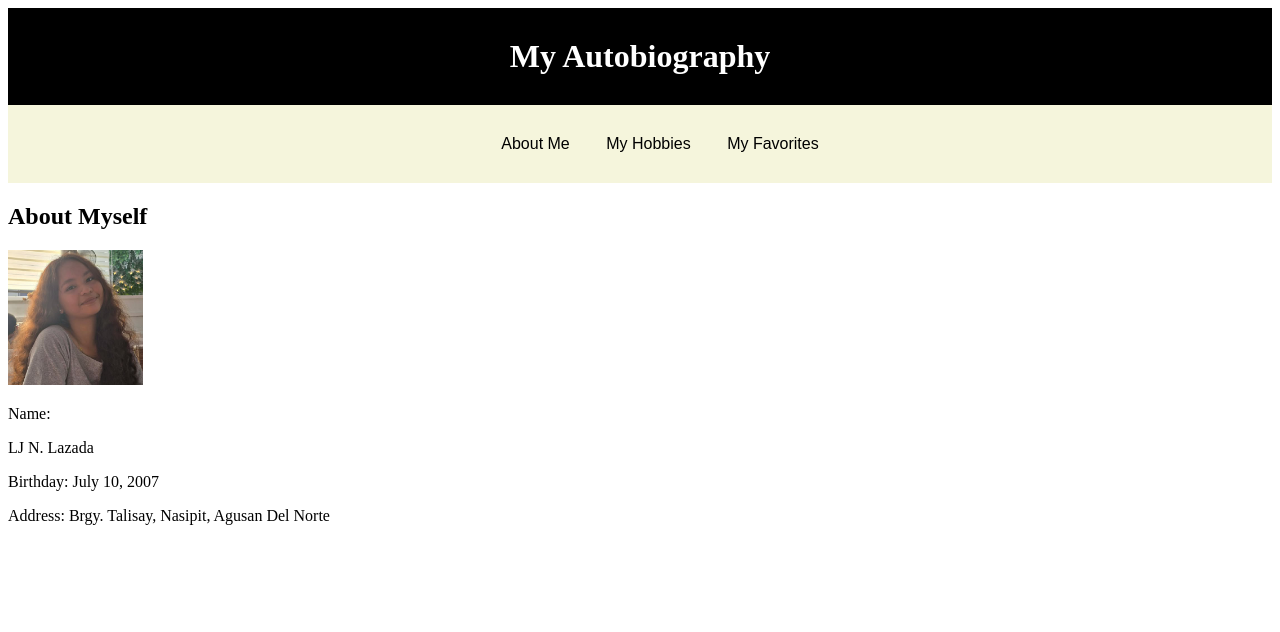
Repository: ljlazada11/MyHtmlCssActivity
Page: index.html
These files come from the project's save history. The page is drawn as it stood at one moment and after the next save; the edit follows.
The browser window is 1280 px wide. The pictures show the whole page.

Above is the page before, as saved 2026-07-15 19:04:14.

After the next save:
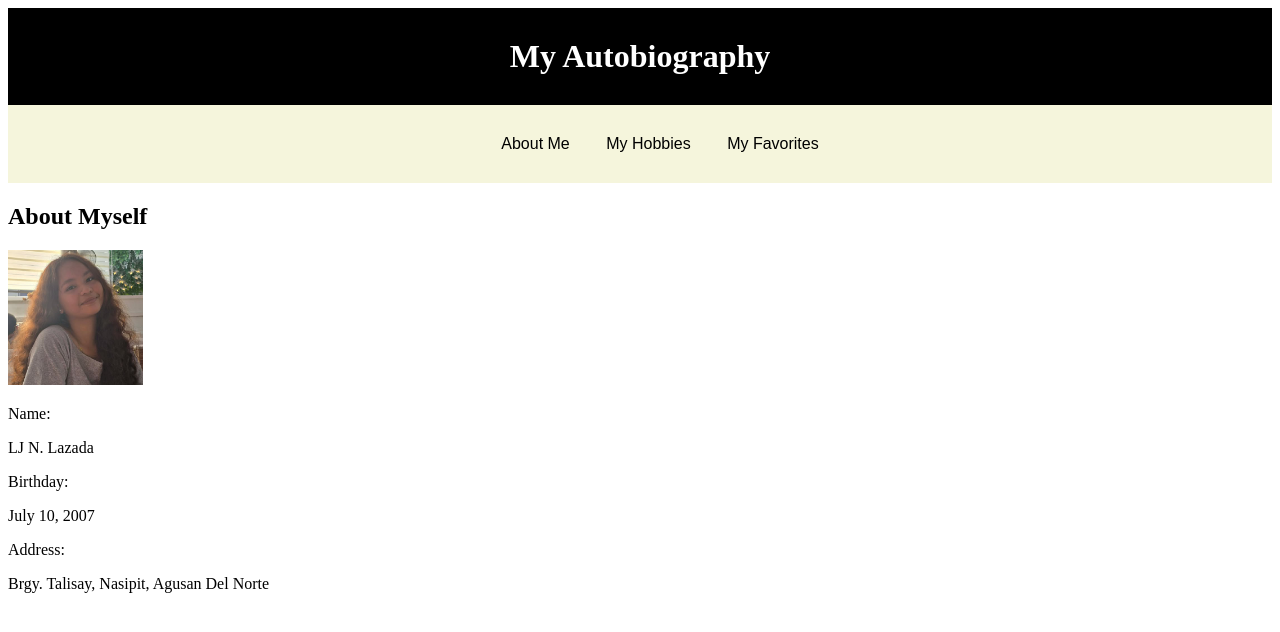
Saved 68 s later.
--- a/index.html
+++ b/index.html
@@ -25,8 +25,10 @@
         <div class="About Me">
         <p>Name:</p>
         <p>LJ N. Lazada</p>
-        <p>Birthday: July 10, 2007</p>
-        <p>Address: Brgy. Talisay, Nasipit, Agusan Del Norte</p>
+        <p>Birthday:</p>
+        <p>July 10, 2007</p>
+        <p>Address:</p>
+        <p>Brgy. Talisay, Nasipit, Agusan Del Norte</p>
     </article>
 </body>
 </html>
